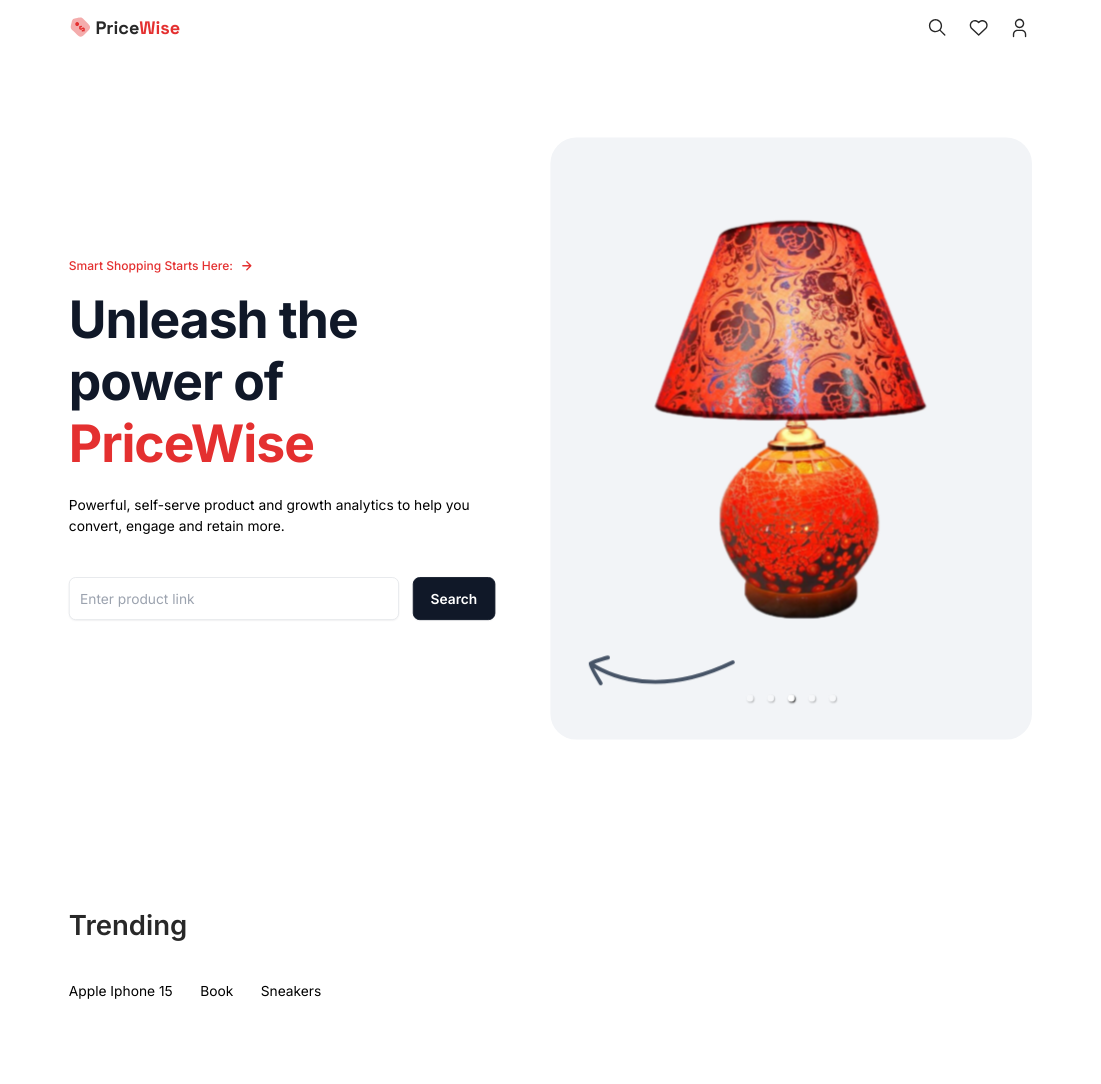
Repository: SahasT23/pricewise
Page: /
The author's editor kept a copy of each file at every save. The page is drawn from the files as they stood at one save, then again after the next save.
The browser window is 1280 px wide. The pictures show the whole page, at 86% of full size.
The project was rebuilt for these pictures with package versions that can differ from the ones it lists, and the page was loaded fresh each time. The framework's server and built-in components were replaced by stand-ins that run in the browser. Also part of the build but not shown: next.config.js, next.config.mjs.

Above is the page before, as saved 2024-01-20 18:43:04.

After the next save:
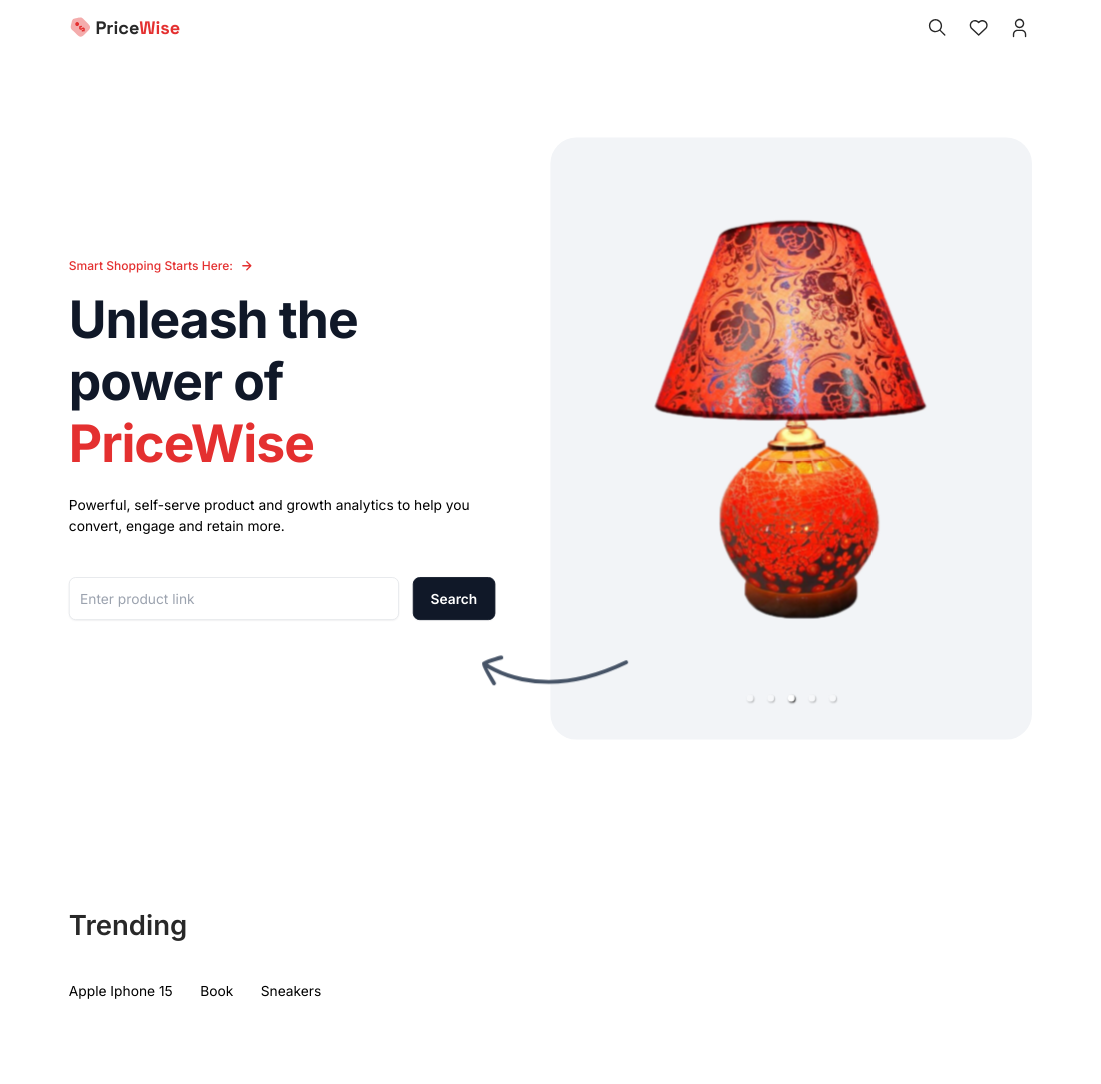
Saved 7 s later.
--- a/components/HeroCarousel.tsx
+++ b/components/HeroCarousel.tsx
@@ -41,7 +41,7 @@
             alt="arrow"
             width={175}
             height={175}
-            className="max-xl:hidden absolute -leftl-[15%] bottom-0"
+            className="max-xl:hidden absolute -left-[15%] bottom-0"
         />
     </div>
   )
